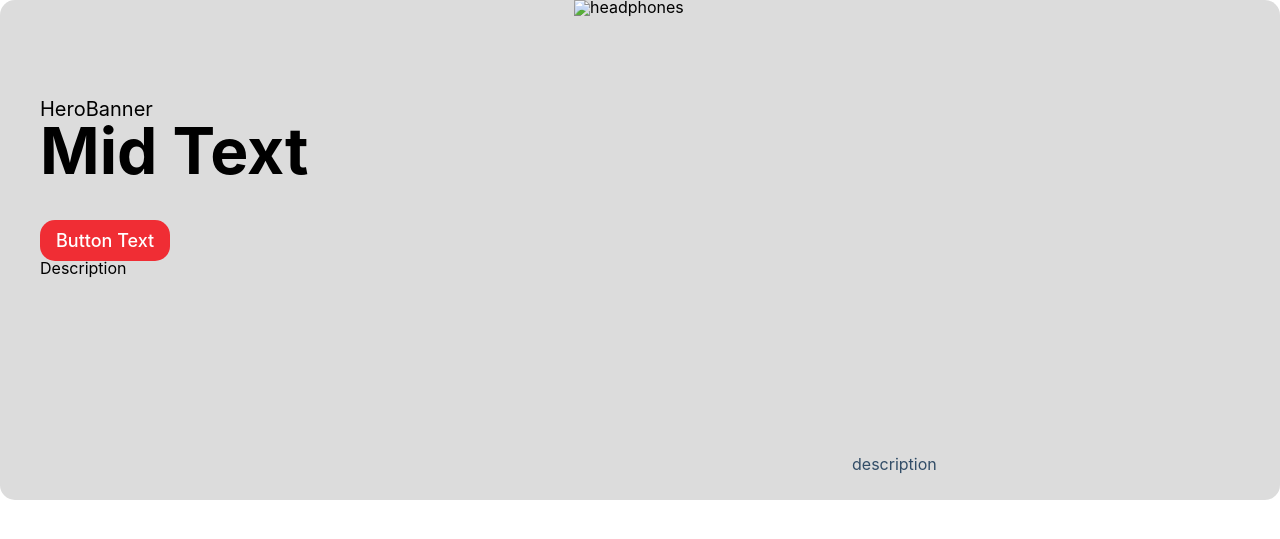
Repository: brandford7/myshop
Page: /components/HeroBanner
An editor plug-in stored every save of this project. The page is shown before and after a run of saves, followed by the edit.
The browser window is 1280 px wide. The pictures show the whole page.
The project was rebuilt for these pictures with package versions that can differ from the ones it lists, and the page was loaded fresh each time. The framework's server and built-in components were replaced by stand-ins that run in the browser. Also part of the build but not shown: next.config.js.

Above is the page before, as saved 2022-06-27 16:59:30.

After the next 2 saves:
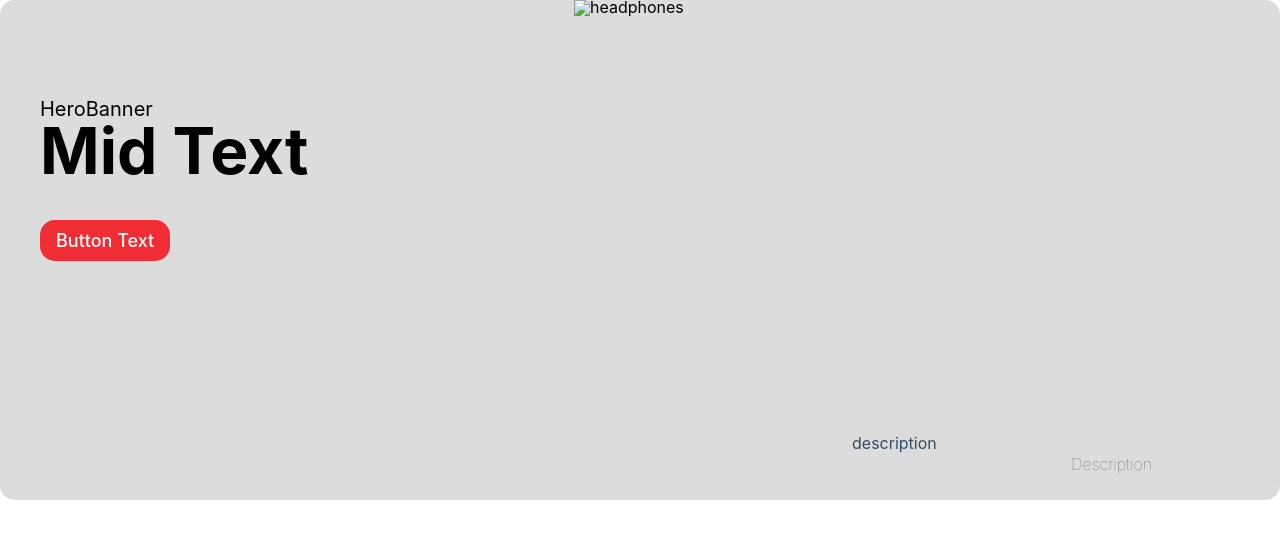
The 2 saves are shown as one change because they came seconds apart.
The last was saved 8 s later.
--- a/pages/components/HeroBanner.jsx
+++ b/pages/components/HeroBanner.jsx
@@ -13,9 +13,11 @@ const HeroBanner = () => {
           <button type="button" className="">
             Button Text
           </button>
-              </Link>
-              <div className='desc'>description</div>
-              <p>Description</p>
+        </Link>
+        <div className="desc">
+          description
+          <p>Description</p>
+        </div>
       </div>
     </>
   );
